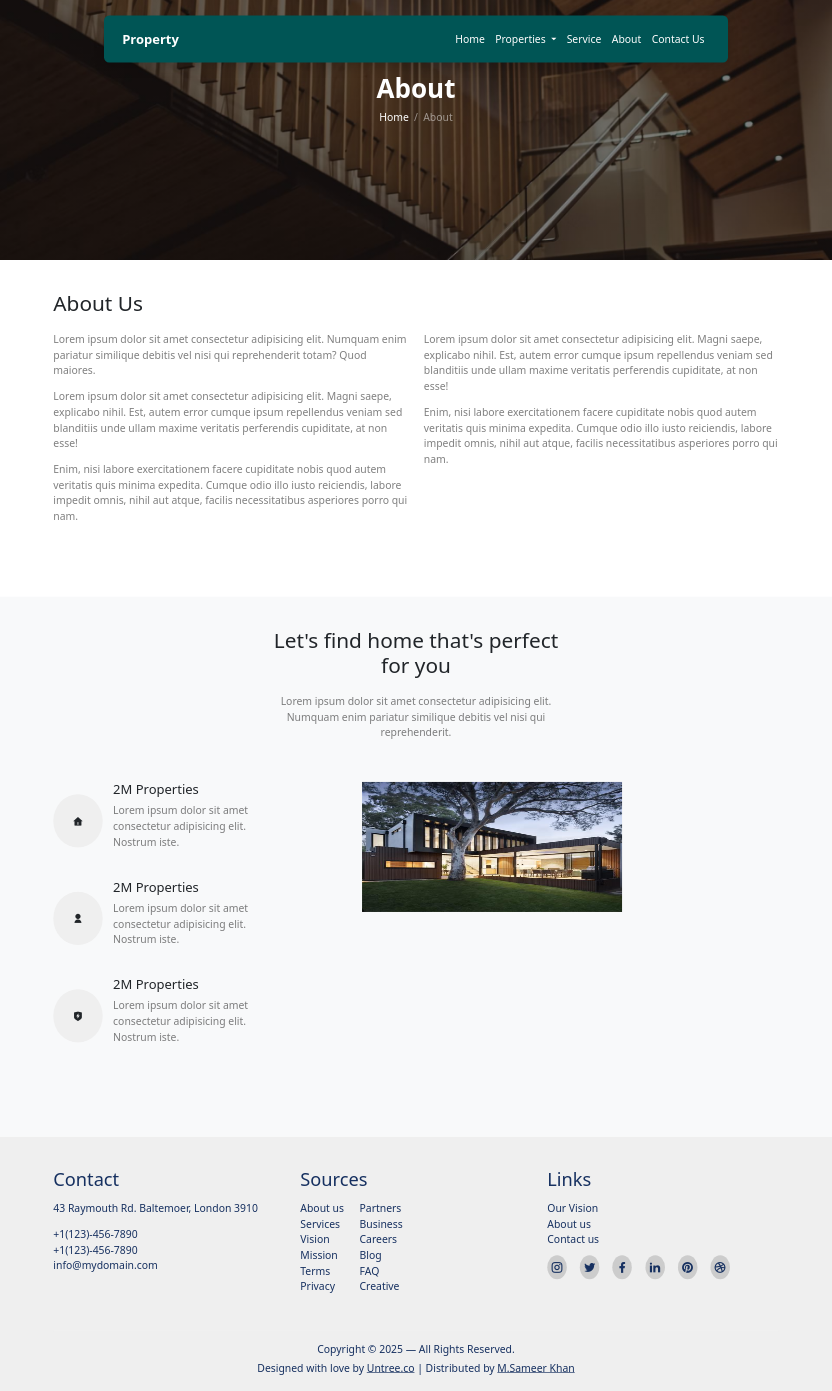
Repository: sameerrrrkhan911-git/Property
Page: about.html
An editor plug-in stored every save of this project. The page is shown before and after the next save, followed by the edit.
The browser window is 1280 px wide. The pictures show the whole page, at 65% of full size.
Some web libraries are served in a nearby version.

Above is the page before, as saved 2025-09-28 18:31:43.
Console error: TypeError: Cannot read properties of undefined (reading 'length')

### about.html
<!DOCTYPE html>
<html lang="en">
<head>
    <meta charset="utf-8">
    <meta name="viewport" content="width=device-width, initial-scale=1">
    <title>Property</title>

    <!--====== LINKS ========-->
    <link href="https://cdn.jsdelivr.net/npm/bootstrap@5.3.8/dist/css/bootstrap.min.css" rel="stylesheet">
    <link
        href="https://fonts.googleapis.com/css2?family=Montserrat:wght@400;600&family=Open+Sans:wght@400;600&display=swap"
        rel="stylesheet">
    <link href="https://unpkg.com/aos@2.3.1/dist/aos.css" rel="stylesheet">
    <link href="https://cdn.jsdelivr.net/npm/remixicon@4.5.0/fonts/remixicon.css" rel="stylesheet">
    <link href="https://cdnjs.cloudflare.com/ajax/libs/tiny-slider/2.9.4/tiny-slider.css" rel="stylesheet">
    <link rel="stylesheet" href="assets/css/style2.css">
    <link rel="stylesheet" href="assets/css/style.css">

</head>
<body>

<!--=====HEADER=====-->
    <header>
        <section id="Right-Step">
            <div class="bg-holder overlay overlay-elixir">
            </div>

            <!-- Navbar -->
            <nav
                class="navbar navbar-expand-lg green-color p-3 mt-4 sticky-top position-absolute top-0 start-50 translate-middle-x w-75 rounded-3 shadow">
                <div class="container-fluid">
                    <!-- Brand -->
                    <a class="navbar-brand text-white fw-bold" href="#">Property</a>

                    <!-- Toggler for Mobile -->
                    <button class="navbar-toggler bg-light" type="button">
                        <span class="navbar-toggler-icon"></span>
                    </button>

                    <!-- Navbar Links -->
                    <div class="collapse navbar-collapse" id="navbarNavDropdown">
                        <ul class="navbar-nav ms-auto">
                            <li class="nav-item">
                                <a class="nav-link text-white active" aria-current="page" href="index.html">Home</a>
                            </li>
                            <li class="nav-item dropdown">
                                <a class="nav-link dropdown-toggle text-white" href="#" role="button"
                                    data-bs-toggle="dropdown" aria-expanded="false">
                                    Properties
                                </a>
                                <ul class="dropdown-menu">
                                    <li><a class="dropdown-item" href="#">Action</a></li>
                                    <li><a class="dropdown-item" href="#">Another action</a></li>
                                    <li><a class="dropdown-item" href="#">Something else here</a></li>
                                </ul>
                            </li>
                            <li class="nav-item"><a class="nav-link text-white" href="service.html">Service</a></li>
                            <li class="nav-item"><a class="nav-link text-white" href="about.html">About</a></li>
                            <li class="nav-item"><a class="nav-link text-white" href="contact.html">Contact Us</a></li>
                        </ul>
                    </div>
                </div>
            </nav>

            <!--/.bg-holder-->
            <div class="forbg py-5">
                <div class="container">

                    <div class="row justify-content-center align-items-center">
                        <div class="col-lg-9 text-center mt-5">
                            <h1 class="heading aos-init aos-animate white mt-3 fw-bold" data-aos="fade-up">About</h1>

                            <nav aria-label="breadcrumb" data-aos="fade-up" data-aos-delay="200"
                                class="aos-init aos-animate">
                                <ol class="breadcrumb text-center justify-content-center">
                                    <li class="breadcrumb-item"><a href="index.html" style="color: white;">Home</a></li>
                                    <li class="ms-2 me-2 text-white-50" aria-current="page">
                                        /
                                    </li>
                                    <li class="breadcrumb-item active text-white-50" aria-current="page">
                                        About
                                    </li>
                                </ol>
                            </nav>
                        </div>
                    </div>
                </div>
            </div><!-- end of .container-->
        </section>
    </header>

    <!--====MAIN====-->

    <main>

<div class="section">
      <div class="container">
        <div class="row text-left mb-5 py-5">
          <div class="col-12">
            <h2 class="font-weight-bold heading  mb-4">About Us</h2>
          </div>
          <div class="col-lg-6">
            <p class="text-black-50">
              Lorem ipsum dolor sit amet consectetur adipisicing elit. Numquam
              enim pariatur similique debitis vel nisi qui reprehenderit totam?
              Quod maiores.
            </p>
            <p class="text-black-50">
              Lorem ipsum dolor sit amet consectetur adipisicing elit. Magni
              saepe, explicabo nihil. Est, autem error cumque ipsum repellendus
              veniam sed blanditiis unde ullam maxime veritatis perferendis
              cupiditate, at non esse!
            </p>
            <p class="text-black-50">
              Enim, nisi labore exercitationem facere cupiditate nobis quod
              autem veritatis quis minima expedita. Cumque odio illo iusto
              reiciendis, labore impedit omnis, nihil aut atque, facilis
              necessitatibus asperiores porro qui nam.
            </p>
          </div>
          <div class="col-lg-6">
            <p class="text-black-50">
              Lorem ipsum dolor sit amet consectetur adipisicing elit. Magni
              saepe, explicabo nihil. Est, autem error cumque ipsum repellendus
              veniam sed blanditiis unde ullam maxime veritatis perferendis
              cupiditate, at non esse!
            </p>
            <p class="text-black-50">
              Enim, nisi labore exercitationem facere cupiditate nobis quod
              autem veritatis quis minima expedita. Cumque odio illo iusto
              reiciendis, labore impedit omnis, nihil aut atque, facilis
              necessitatibus asperiores porro qui nam.
            </p>
          </div>
        </div>
      </div>
    </div>

 <!--Lets find home that is perfect for you  -->

      <div class="section section-4 bg-light py-5">
        <div class="container">
          <div class="row justify-content-center text-center mb-5">
            <div class="col-lg-5">
              <h2 class="font-weight-bold mb-4">
                Let's find home that's perfect for you
              </h2>
              <p class="text-black-50">
                Lorem ipsum dolor sit amet consectetur adipisicing elit. Numquam
                enim pariatur similique debitis vel nisi qui reprehenderit.
              </p>
            </div>
          </div>
          <div class="row justify-content-between mb-5 ">

            <div class="col-lg-7 mb-5 mb-lg-0 order-lg-2">
              <div class="img-about dots">
                <img src="./assets/images/img_2.jpg" alt="Image" class="" width="400px" height="200px">
              </div>
            </div>
            <div class="col-lg-4">
              <div class="d-flex align-items-center marginn">
                <span class="wrap-icon me-3">
                  <span class="icon-home2" style="border-radius: 50%; padding: 30px; background-color: #efefef;"><i
                      class="ri-home-4-fill"></i></span>
                </span>
                <div class="feature-text">
                  <h3 class="fs-5">2M Properties</h3>
                  <p class="text-black-50">
                    Lorem ipsum dolor sit amet consectetur adipisicing elit.
                    Nostrum iste.
                  </p>
                </div>
              </div>

              <div class="d-flex align-items-center marginn">
                <span class="wrap-icon me-3">
                  <span class="icon-home2" style="border-radius: 50%; padding: 30px; background-color: #efefef;"><i
                      class="ri-user-fill"></i></span>
                </span>
                <div class="feature-text">
                  <h3 class="fs-5">2M Properties</h3>
                  <p class="text-black-50">
                    Lorem ipsum dolor sit amet consectetur adipisicing elit.
                    Nostrum iste.
                  </p>
                </div>
              </div>

              <div class="d-flex align-items-center marginn">
                <span class="wrap-icon me-3">
                  <span class="icon-home2" style="border-radius: 50%; padding: 30px; background-color: #efefef;"><i
                      class="ri-shield-flash-fill"></i></span>
                </span>
                <div class="feature-text">
                  <h3 class="fs-5">2M Properties</h3>
                  <p class="text-black-50">
                    Lorem ipsum dolor sit amet consectetur adipisicing elit.
                    Nostrum iste.
                  </p>
                </div>
              </div>
            </div>

          </div>
        </div>
      </div>


    </main>

<!-- FOOTER -->
<footer class="greyy py-5 pb-4 grey">

  <div class="container">
    <div class="row">

      <!-- Contact -->
      <div class="col-lg-4 col-md-6 mb-4">
        <h3 class="mb-3 font-color">Contact</h3>
        <address class="mb-3 font-color">43 Raymouth Rd. Baltemoer, London 3910</address>
        <ul class="list-unstyled">
          <li><a href="tel://11234567890" class=" text-decoration-none" style="color: #163060;">+1(123)-456-7890</a></li>
          <li><a href="tel://11234567890" class=" text-decoration-none" style="color: #163060;">+1(123)-456-7890</a></li>
          <li><a href="mailto:info@mydomain.com" class=" text-decoration-none" style="color: #163060;">info@mydomain.com</a></li>
        </ul>
      </div>

      <!-- Sources -->
      <div class="col-lg-4 col-md-6 mb-4">
        <h3 class="mb-3 font-color">Sources</h3>
        <div class="d-flex">
          <ul class="list-unstyled me-4">
            <li><a href="#" class="font-color text-decoration-none">About us</a></li>
            <li><a href="#" class="font-color text-decoration-none">Services</a></li>
            <li><a href="#" class="font-color text-decoration-none">Vision</a></li>
            <li><a href="#" class="font-color text-decoration-none">Mission</a></li>
            <li><a href="#" class="font-color text-decoration-none">Terms</a></li>
            <li><a href="#" class="font-color text-decoration-none">Privacy</a></li>
          </ul>
          <ul class="list-unstyled">
            <li><a href="#" class="font-color text-decoration-none">Partners</a></li>
            <li><a href="#" class="font-color text-decoration-none">Business</a></li>
            <li><a href="#" class="font-color text-decoration-none">Careers</a></li>
            <li><a href="#" class="font-color text-decoration-none">Blog</a></li>
            <li><a href="#" class="font-color text-decoration-none">FAQ</a></li>
            <li><a href="#" class="font-color text-decoration-none">Creative</a></li>
          </ul>
        </div>
      </div>

      <!-- Links & Social -->
      <div class="col-lg-4 col-md-12 mb-4">
        <h3 class="mb-3 font-color">Links</h3>
        <ul class="list-unstyled">
          <li><a href="#" class="font-color text-decoration-none">Our Vision</a></li>
          <li><a href="#" class="font-color text-decoration-none">About us</a></li>
          <li><a href="#" class="font-color text-decoration-none">Contact us</a></li>
        </ul>

        <!-- Social icons -->
        <div class="mt-3">
          <a href="#" class="font-color me-3 fs-5 roundd text-color dark-grey"><i class="ri-instagram-line"></i></a>
          <a href="#" class="font-color me-3 fs-5 roundd dark-grey" ><i class="ri-twitter-fill"></i></a>
          <a href="#" class="font-color me-3 fs-5 roundd dark-grey"><i class="ri-facebook-fill"></i></a>
          <a href="#" class="font-color me-3 fs-5 roundd dark-grey"><i class="ri-linkedin-fill"></i></a>
          <a href="#" class="font-color me-3 fs-5 roundd dark-grey"><i class="ri-pinterest-fill"></i></a>
          <a href="#" class="font-color fs-5 roundd dark-grey"><i class="ri-dribbble-line"></i></a>
        </div>
      </div>

    </div>

    <hr class="border-light">

    <!-- Copyright -->
    <div class="row">
      <div class="col-12 text-center">
        <p class="mb-1 font-color">
          Copyright © <script>document.write(new Date().getFullYear());</script> — All Rights Reserved.
        </p>
        <p class="mb-0 font-color">
          Designed with love by <a href="https://untree.co" class="font-color text-decoration-underline">Untree.co</a>
          | Distributed by <a href="https://themewagon.com/" target="_blank" class="font-color text-decoration-underline">M.Sameer Khan</a>
        </p>
      </div>
    </div>

  </div>

</footer>

  <!-- Bootstrap JS -->
  <script src="https://cdn.jsdelivr.net/npm/bootstrap@5.3.8/dist/js/bootstrap.bundle.min.js"></script>
  <!-- AOS JS -->
  <script src="https://unpkg.com/aos@2.3.1/dist/aos.js"></script>

  <script>
    AOS.init({
      duration: 1000,
      once: true
    });
  </script>

  <script src="https://cdnjs.cloudflare.com/ajax/libs/tiny-slider/2.9.4/min/tiny-slider.js"></script>

  <script>
    var slider = tns({
      container: '.property-slider',
      items: 3,
      slideBy: 1,
      autoplay: false,
      controls: true,
      nav: false,
      gutter: 20,
      controlsContainer: '.slider-controls',
      prevButton: '.prev',
      nextButton: '.next',
      responsive: {
        0: { items: 1 },
        768: { items: 2 },
        1200: { items: 3 }
      }
    });
  </script>

</body>
</html>

### assets/css/style.css
/* ==============================
   Root Variables
=================================*/
:root {
  --green-color: #005555;
   --heading-color: #2a3855;
}

.green-color {
  background-color: var(--green-color);
}

.green{
  color: var(--green-color);
}

.black{
  color: black;
}

.para{
  text-align: left;
}

.heading-color{
  color: var(--heading-color);
}

.z-9 {
  z-index: 9 !important;
}

.white {
  color: white;
}

.green-line{
   height: 2px;
  width: 120px;
 background-color: var(--green-color);
 margin-bottom: 10px;
}

.black-line{
   height: 2px;
  width: 80px;
 background-color: black;
 margin: 10px auto;
}

.white-bg{
  background-color: white;
}

.fs-6{
  font-size: 5px;
}

.marginn{
  margin-bottom: 30px;
}

.a{
  text-decoration: none;
}


.dark-grey{
  background-color: #cccccc;
}

.text-color{
  color: #909ba6;
}
/* ==============================
Header
=================================*/


/* Hero background */
.hero-header {
  background-image: url("../images/hero_bg_3.jpg") !important;
  background-repeat: no-repeat;
  background-position: center center;
  background-size: cover;
  min-height: 100vh;
  position: relative;
  display: flex;
  align-items: center;
}



/* Overlay */
.hero-header::before {
  content: "";
  position: absolute;
  top: 0;
  left: 0;
  width: 100%;
  height: 100%;
  background: rgba(0, 0, 0, 0.5);
  z-index: 0;
}

/* Keep hero text above overlay */
.hero {
  position: relative;
  z-index: 1;
}

/* White text */
.white {
  color: #fff !important;
}

/* Responsive adjustments */
@media (max-width: 768px) {
  nav.navbar {
    width: 90% !important;
    margin-top: 1rem !important;
    padding: 0.75rem 1rem !important;
  }

  .hero h1 {
    font-size: 1.75rem;
    line-height: 1.3;
  }

  .hero form {
    flex-direction: column !important;
    gap: 0.75rem;
  }

  .hero input {
    width: 100% !important;
  }

  .hero button {
    width: 100% !important;
  }
}

@media (max-width: 576px) {
  .hero h1 {
    font-size: 1.5rem;
  }
}

/* Popular properties */

.property-slider {
  overflow: hidden;
}

.property-item {
  background: #fff;
  border-radius: 8px;
  overflow: hidden;
}

.property-content {
  background: #fff;
  border-radius: 8px;
}

/* Features */

.features-1 {
    padding-top: 30px;
    position: relative;
    z-index: 8;
    text-align: center;
    background-color: rgba(0, 32, 74, 0.05);
}

/* ==========================
   Testimonials Section
========================== */

.sec-testimonials .heading {
  font-size: 2rem;
  font-weight: 700;
}

/* Prev/Next buttons */
#testimonial-nav {
  display: flex;
  gap: 10px;
}

#testimonial-nav span {
  cursor: pointer;
  font-size: 14px;
  color: #002855;
  background: #e9ecef;
  padding: 6px 14px;
  border-radius: 20px;
  transition: all 0.3s ease;
}

#testimonial-nav span:hover {
  background: #002855;
  color: #fff;
}

/* Testimonials layout */
.testimonial-slider {
  display: grid;
  grid-template-columns: repeat(auto-fit, minmax(300px, 1fr));
  gap: 40px;
  margin-top: 30px;
  text-align: center;
}

.testimonial {
  padding: 20px;
}

.testimonial img {
  width: 90px;
  height: 90px;
  object-fit: cover;
  margin-bottom: 15px;
  border: 3px solid #ddd;
}

.testimonial .rate {
  margin: 10px 0;
  font-size: 16px;
  color: #f1c40f;
}

.testimonial h3 {
  margin-bottom: 10px;
  font-size: 1.1rem;
  font-weight: 600;
}

.testimonial blockquote {
  font-style: italic;
  font-size: 0.95rem;
  color: #555;
  margin: 10px 0 15px;
}

.greyy{
  background-color: #efefef;
}

.testimonial p.text-muted {
  font-size: 0.85rem;
  color: #888;
}

.img-fluid {
   max-width: 100%;
    height: auto;
}

/* Call To Action */
.footer-cta {
  background: white ;
  padding: 50px;
}

.footer-cta .btn-primary {
  border-radius: 30px;
  font-size: 1.1rem;
  transition: all 0.3s ease;
}

.footer-cta .btn-primary:hover {
  background: #003f3f;
  transform: translateY(-3px);
  box-shadow: 0 6px 15px rgba(0,0,0,0.2);
}

/* Our Agents */
.section_1{
  background-color: #f8f9fa;
}

/* Agent Card */
.person {
  background: #fff;
  border-radius: 12px;
  padding: 60px 20px 30px;
  text-align: center;
  position: relative;
  box-shadow: 0 4px 20px rgba(0,0,0,0.05);
  transition: all 0.3s ease;
}

.person:hover {
  transform: translateY(-8px);
  box-shadow: 0 12px 30px rgba(0,0,0,0.1);
}

/* Profile Image */
.person img {
  width: 100px;
  height: 100px;
  object-fit: cover;
  border-radius: 50%;
  position: absolute;
  top: -50px;
  left: 50%;
  transform: translateX(-50%);
}

/* Text styling */
.person-contents h2 {
  margin-top: 60px;
  font-size: 1.2rem;
  font-weight: 600;
}

.person-contents .meta {
  font-size: 0.9rem;
  color: #6c757d;
  margin-bottom: 15px;
}

.person-contents p {
  font-size: 0.95rem;
  color: #555;
  margin-bottom: 20px;
}

/* Social icons */
.social a {
  display: inline-flex;
  justify-content: center;
  align-items: center;
  width: 40px;
  height: 40px;
  margin: 0 5px;
  border-radius: 50%;
  background: #002855;
  color: #fff;
  transition: all 0.3s ease;
  text-decoration: none;
}

.social a:hover {
  background: #005555;
}

h2 a {
  color: #000;
  text-decoration: none;
}

.roundd{

  border-radius: 50%;
  text-decoration: none;
  padding: 5px;
}

.font-color{
 color: #163060;
}

.forbg {
    height: 400px;
    background: linear-gradient(to bottom, rgba(0, 0, 0, 0.5), rgba(0, 0, 0, 0.5)), url(../images/hero_bg_1.jpg);
    background-size: cover;
    background-position: center;
}

a{
  text-decoration: none;
}

Loaded but not shown: assets/css/style2.css (library)

After the next save:
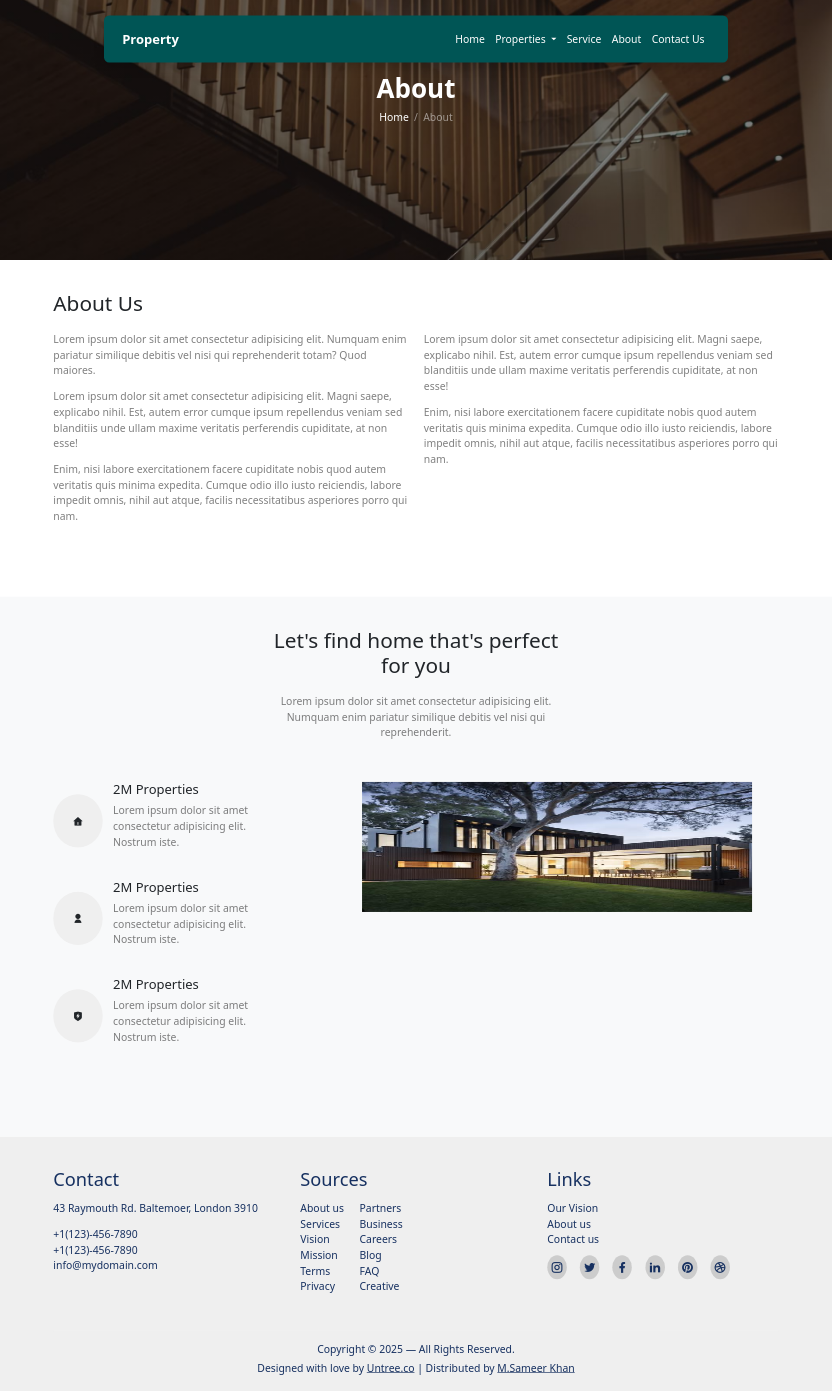
Saved 4 s later.
--- a/about.html
+++ b/about.html
@@ -155,7 +155,7 @@
 
             <div class="col-lg-7 mb-5 mb-lg-0 order-lg-2">
               <div class="img-about dots">
-                <img src="./assets/images/img_2.jpg" alt="Image" class="" width="400px" height="200px">
+                <img src="./assets/images/img_2.jpg" alt="Image" class="" width="600px" height="200px">
               </div>
             </div>
             <div class="col-lg-4">
